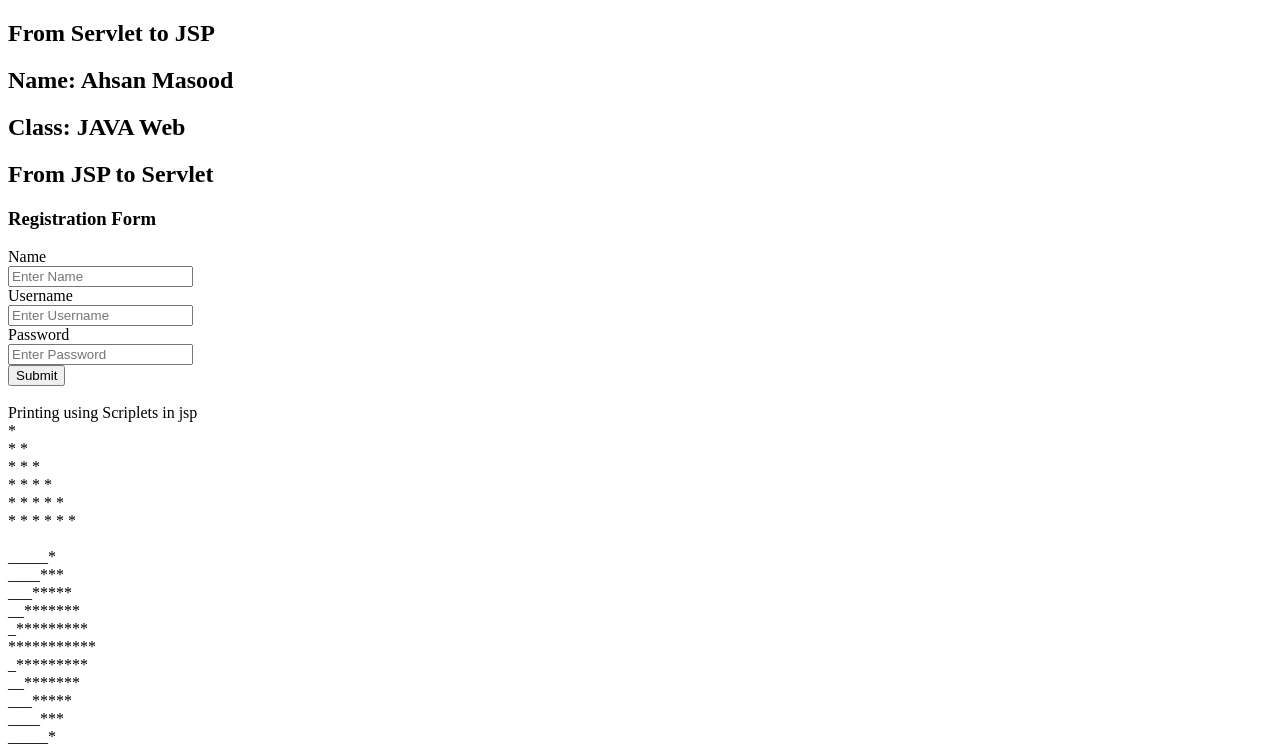
Repository: Ahsan-Masood98/Java-Web-Eng
Page: http://localhost/week2lab/helloworld
An editor plug-in stored every save of this project. The page is shown before and after a run of saves, followed by the edit.
The browser window is 1280 px wide. The pictures show the whole page.
The page is served by Tomcat 9.

Above is the page before, as saved 2022-09-21 13:37:41.

After the next 5 saves:
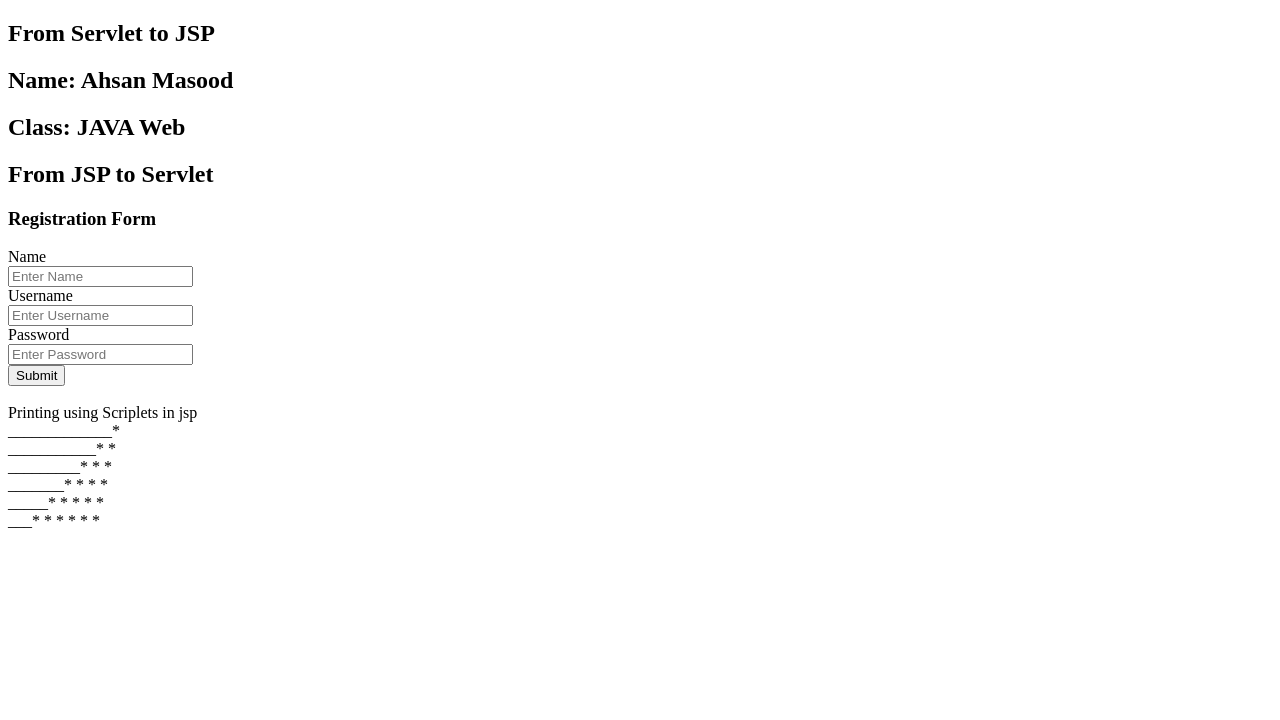
The 5 saves are shown as one change because 4 did not build or start.
The last was saved 9 min 56 s later.
--- a/eclipse-workplace/week2lab/src/main/webapp/index.jsp
+++ b/eclipse-workplace/week2lab/src/main/webapp/index.jsp
@@ -24,35 +24,15 @@
 	<% out.print("Printing using Scriplets in jsp"); %>
 	<br>
 	<%
-		int row=6;
-		for(int i=0; i< row; i++){
-			for(int k=0; k<=i; k++)
+		int i,j, row=6;
+		for(i=0; i< row; i++){
+			for (j = 2*(row - i); j >= 0; j--)
+	               out.print("_");
+	  		for( j=0; j<=i; j++)
 				out.println("* ");
 			out.print("<br/>");
 		}
 		out.print("<br/>");
 	%>
-	<%
-	for (int i = 1; i <= 6; i++) {
-        for (int j = 1; j <= 6 - i; j++) {
-            out.print("_");
-        }
-        for (int j = 1; j <= i * 2 - 1; j++) {
-            out.print("*");
-        }
-        out.println("<br>");
-    }
-
-    for (int i = 6 - 1; i > 0; i--) {
-        for (int j = 1; j <= 6 - i; j++) {
-            out.print("_");
-        }
-        for (int j = 1; j <= i * 2 - 1; j++) {
-        	out.print("*");
-        }
-        out.println("<br>");
-    }
-	%>
-
 </body>
 </html>
